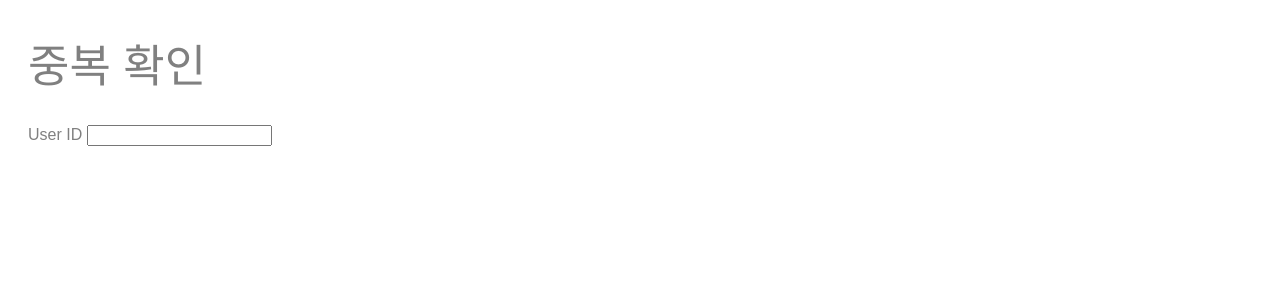
Repository: gpqls12321/public
Page: http://localhost/bizpoll/member/idcheck.jsp
These files come from the project's save history. The page is drawn as it stood at one moment and after the next save; the edit follows.
The browser window is 1280 px wide. The pictures show the whole page.
The page is served by Tomcat 9. Other server files are loaded and not shown.

Above is the page before, as saved 2021-04-21 07:17:19.

### bizpoll/WebContent/member/idcheck.jsp
<%@ page language="java" contentType="text/html; charset=UTF-8"
    pageEncoding="UTF-8"%>
<!DOCTYPE html>
<html>
<head>
<meta charset="UTF-8">
<title>아이디 중복 체크</title>
<style type="text/css">
	body {
		background-color: #fff;
		font-family: Verdana;
	}

	#wrap {
		margin: 0 20px;
		}

	h1 {
		font-family: Arial, Helvetica, sans-serif;
		font-size: 45px;
		color: #808080;
		font-weight: normal;
	}

	div {
		font-family: Arial, Helvetica, sans-serif;
		color: #808080;
		font-weight: normal;
	}

	input[type=button], input[type=submit] {
		float: right;
	}
</style>
<script type="text/javascript">
	function idok() {
		opener.frm.id.value = "${id}";
		opener.frm.reid.value = "${id}";
		self.close();
	}
</script>
</head>
<body>
<div id="wrap">
	<h1>중복 확인</h1>
	<form action="id_check_form.bizpoll" name="frm" method="post" style="margin-right: 0">
		User ID <input type="text" name="id" value="">
	</form>
</div>
</body>
</html>

After the next save:
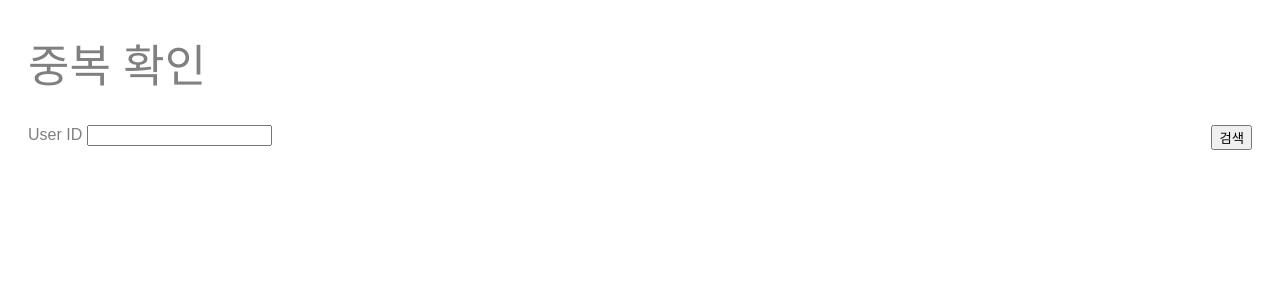
Saved 62 s later.
--- a/bizpoll/WebContent/member/idcheck.jsp
+++ b/bizpoll/WebContent/member/idcheck.jsp
@@ -45,6 +45,7 @@
 	<h1>중복 확인</h1>
 	<form action="id_check_form.bizpoll" name="frm" method="post" style="margin-right: 0">
 		User ID <input type="text" name="id" value="">
+				<input type="submit" value="검색" class="submit"><br>
 	</form>
 </div>
 </body>
